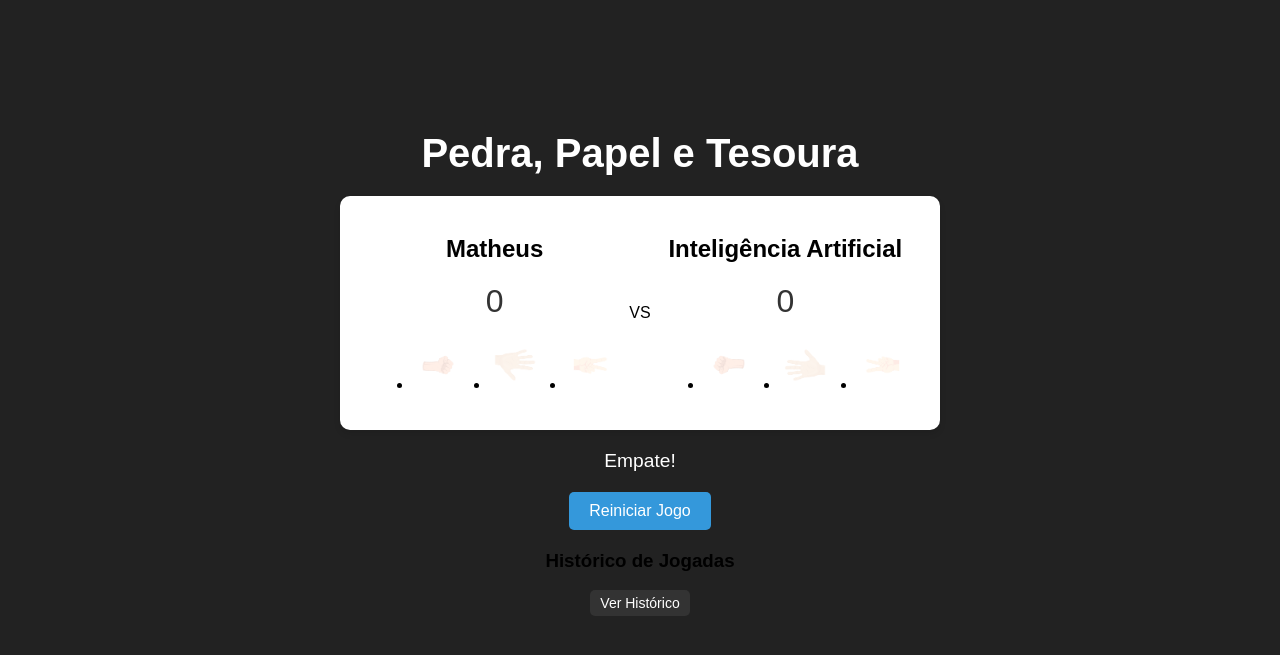
Repository: Matheus904-12/Pedra-Papel
Page: index.html
These files come from the project's save history. The page is drawn as it stood at one moment and after the next save; the edit follows.
The browser window is 1280 px wide. The pictures show the whole page.
After loading, the first visible `#historico-toggle` was clicked once.

Above is the page before, as saved 2023-08-28 20:11:36.
Console error: ReferenceError: ganhadorClass is not defined

After the next save:
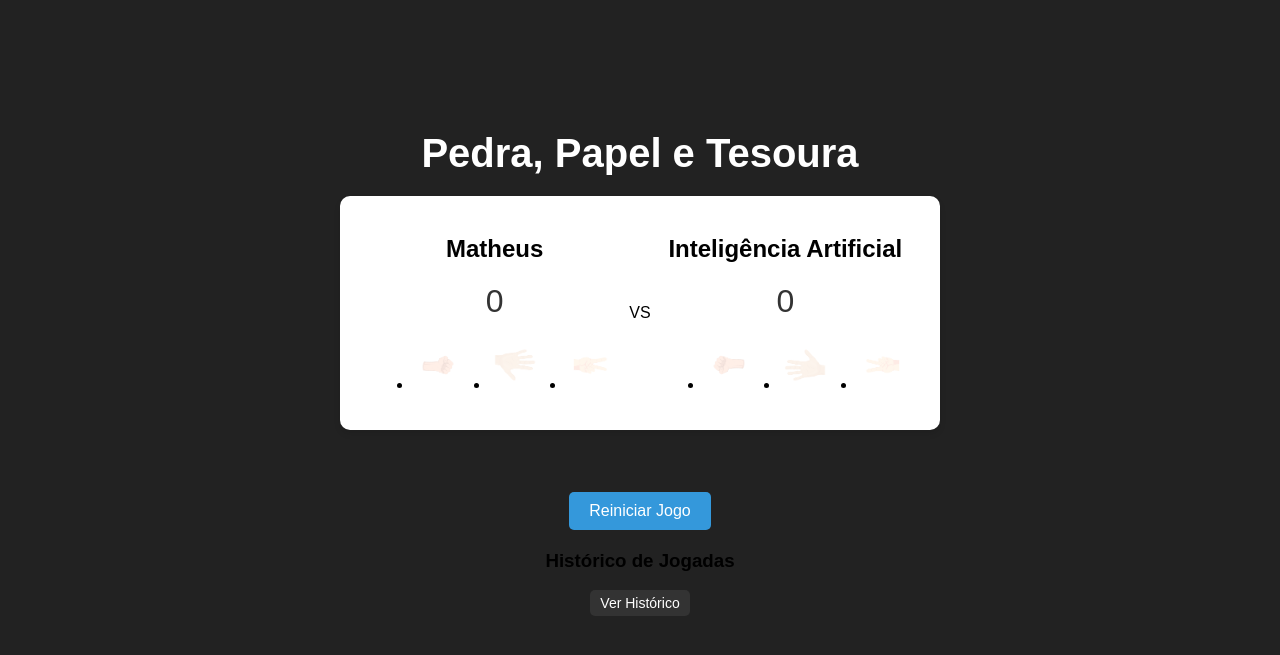
Console error: SyntaxError: Unexpected token '}'
Saved 93 s later.
--- a/script.js
+++ b/script.js
@@ -115,25 +115,26 @@
 }
 
 function mostrarHistorico() {
-let historicoList = document.getElementById('historico-list');
-historicoList.innerHTML = '';
-
-for (let i = 0; i < historico.length; i++) {
-    let item = historico[i];
-    let resultado = '';
-    if (item.resultado === 1) {
-        resultado = 'Vitória';
-    } else if (item.resultado === 2) {
-        resultado = 'Derrota';
-    } else {
-        resultado = 'Empate';
+    const historicoList = document.getElementById('historico-list');
+    historicoList.innerHTML = '';
+
+    for (let i = 0; i < historico.length; i++) {
+        let item = historico[i];
+        let resultado = '';
+
+        if (item.resultado === 1) {
+            resultado = 'Vitória';
+        } else if (item.resultado === 2) {
+            resultado = 'Derrota';
+        } else {
+            resultado = 'Empate';
+        }
+
+        let listItem = document.createElement('li');
+        listItem.textContent = `Jogador: ${item.jogador} | Computador: ${item.computador} | Resultado: ${resultado}`;
+        historicoList.appendChild(listItem);
     }
-
-    let listItem = document.createElement('li');
-    listItem.textContent = `Jogador: ${item.jogador} | Computador: ${item.computador} | Resultado: ${resultado}`;
-    historicoList.appendChild(listItem);
-}
-
+}
 
 document.getElementById('historico-toggle').addEventListener('click', function() {
     const historicoList = document.querySelector('.historico-list');

After the 4 saves that followed:
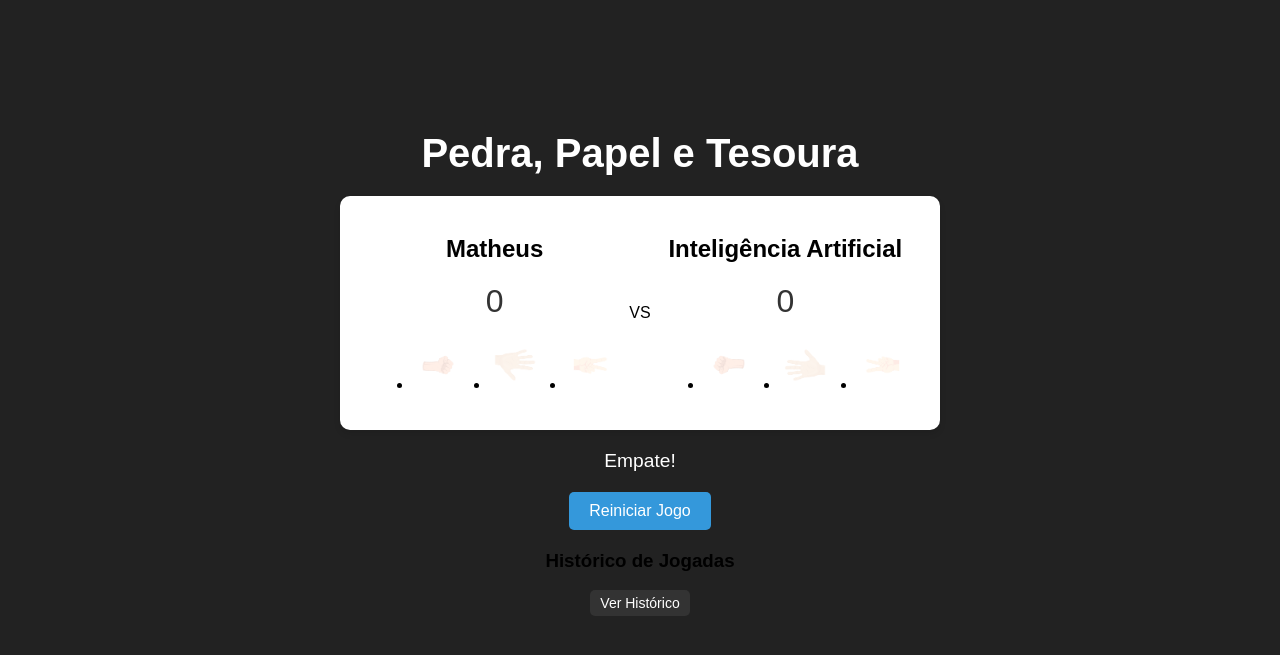
Console error: ReferenceError: ganhadorClass is not defined
The 4 saves are shown as one change because 1 left the picture as it was and some came seconds apart.
The last was saved 2 min 42 s later.
--- a/script.js
+++ b/script.js
@@ -115,26 +115,25 @@
 }
 
 function mostrarHistorico() {
-    const historicoList = document.getElementById('historico-list');
-    historicoList.innerHTML = '';
-
-    for (let i = 0; i < historico.length; i++) {
-        let item = historico[i];
-        let resultado = '';
-
-        if (item.resultado === 1) {
-            resultado = 'Vitória';
-        } else if (item.resultado === 2) {
-            resultado = 'Derrota';
-        } else {
-            resultado = 'Empate';
-        }
-
-        let listItem = document.createElement('li');
-        listItem.textContent = `Jogador: ${item.jogador} | Computador: ${item.computador} | Resultado: ${resultado}`;
-        historicoList.appendChild(listItem);
+let historicoList = document.getElementById('historico-list');
+historicoList.innerHTML = '';
+
+for (let i = 0; i < historico.length; i++) {
+    let item = historico[i];
+    let resultado = '';
+    if (item.resultado === 1) {
+        resultado = 'Vitória';
+    } else if (item.resultado === 2) {
+        resultado = 'Derrota';
+    } else {
+        resultado = 'Empate';
     }
-}
+
+    let listItem = document.createElement('li');
+    listItem.textContent = `Jogador: ${item.jogador} | Computador: ${item.computador} | Resultado: ${resultado}`;
+    historicoList.appendChild(listItem);
+}
+
 
 document.getElementById('historico-toggle').addEventListener('click', function() {
     const historicoList = document.querySelector('.historico-list');
@@ -180,6 +179,8 @@
 
 // Atualizar estilo da página com base no resultado
 document.querySelector('.box').className = `box ${ganhadorClass}`;
+
+
 
 
 // Atualizar cor de fundo com base no resultado
